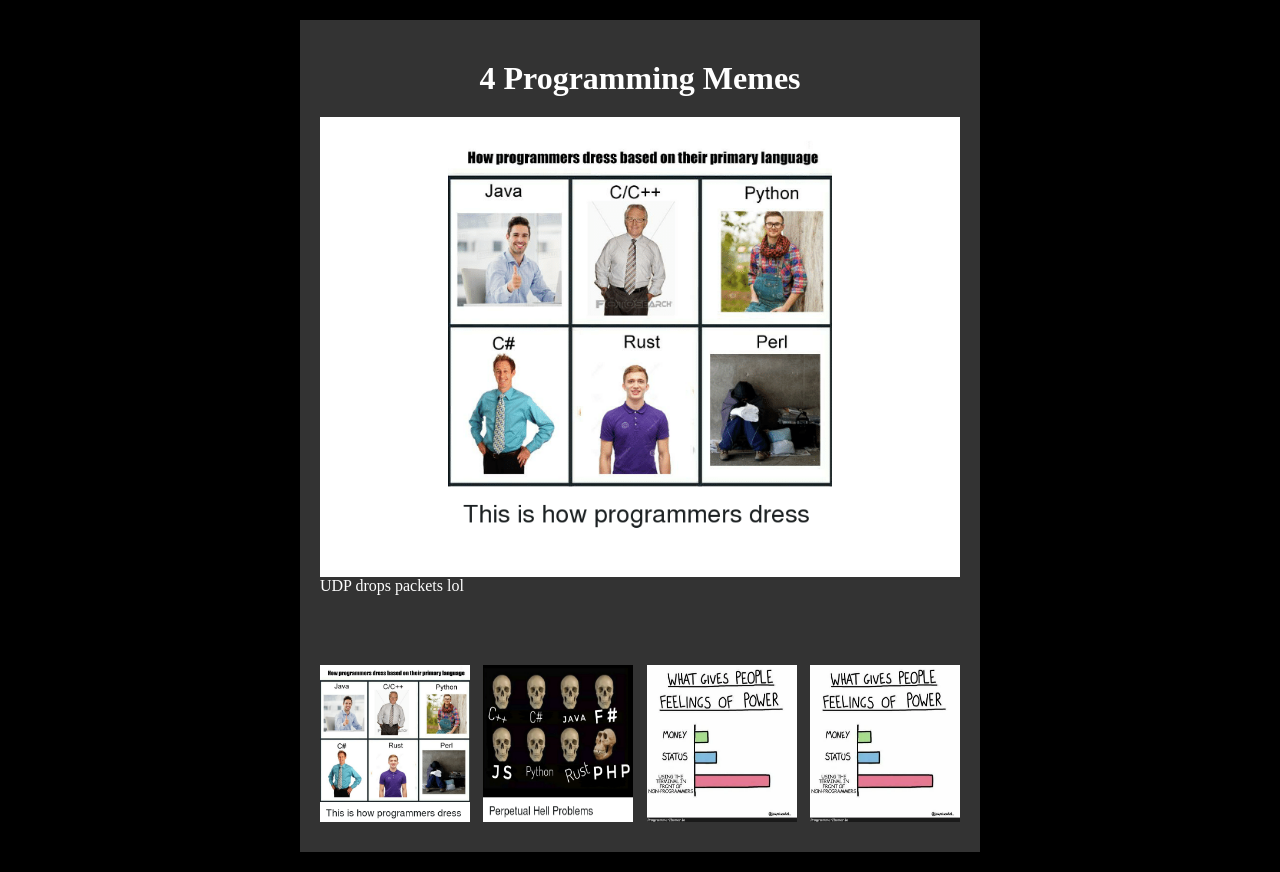
Repository: apopheny/JS230
Page: slideshow/index.html
The author's editor kept a copy of each file at every save. The page is drawn from the files as they stood at one save, then again after the next save.
The browser window is 1280 px wide. The pictures show the whole page.

Above is the page before, as saved 2024-02-05 14:10:05.
Console error: ReferenceError: func is not defined

### slideshow/index.html
<!DOCTYPE html>
<html lang="en">
  <head>
    <meta charset="UTF-8" />
    <meta name="viewport" content="width=device-width, initial-scale=1.0" />
    <title>Meme Slideshow</title>
    <link rel="stylesheet" href="stylesheets/slideshow.css" />
  </head>
  <body>
    <div id="slideshowContainer"></div>

    <script type="text/x-handlebars-template" id="galleryTemplate">
      <div class="slideshow">
        <h1>4 Programming Memes</h1>
        <div>
          {{> loadedPicturePartial this.[0]}}
        </div>
        <div class="gallery">
          {{> imageGalleryPartial this}}
        </div>
      </div>
    </script>

    <script type="text/x-handlebars-template" id="loadedPicturePartial">
      <div class="loadedPicture">
        <img
          src="assets/pic_{{this.id}}.png"
          alt="{{this.alt}}"
          class="loadedPicture"
        />
      </div>
      <span id="captionText">{{this.alt}}</span>
    </script>

    <script type="text/x-handlebars-template" id="imageGalleryPartial">
      <div class="image-gallery">
        {{#each this}}
          <img src="assets/pic_{{this.id}}.png" class="image-thumbnail" />
        {{/each}}
      </div>
    </script>

    <script src="https://cdn.jsdelivr.net/npm/handlebars@latest/dist/handlebars.js"></script>
    <script src="javascripts/slideshow.js"></script>
  </body>
</html>

### slideshow/stylesheets/slideshow.css
body {
  background-color: #000;
  display: flex;
  justify-content: center;
  align-items: center;
  min-height: 100vh;
  margin: 0;
  padding: 20px; /* Add some padding around the main container */
}

#slideshowContainer {
  display: flex;
  flex-direction: column;
  align-items: center;
  width: 90%; /* Make it responsive to the viewport width */
  max-width: 50vw; /* Set a max-width to prevent it from becoming too large */
  min-height: 100vh; /* Minimum height to take up more viewport space */
  background-color: #333;
  padding: 20px;
  box-shadow: 0 0 10px rgba(0, 0, 0, 0.5);
}

.slideshow h1 {
  text-align: center; /* Center the text horizontally */
  font-size: 2em; /* Increase the font size */
  color: #fff; /* Change the color to white or any color you prefer */
  margin: 0 auto; /* Center the heading and remove default margin */
  padding: 20px 0; /* Add some padding above and below the heading */
}

div.loadedPicture {
  width: 100%; /* Ensure it takes the full width of its container */
  background-color: #fff; /* White background for the image */
  display: flex; /* Use flex to center the image */
  justify-content: center; /* Center the image horizontally */
  padding: 20px; /* Add some padding around the image */
  box-sizing: border-box; /* Include padding in width calculation */
}

.loadedPicture img {
  max-width: 100%; /* Ensure image does not overflow its container */
  max-height: 400px; /* Adjust based on your preference */
  margin-bottom: 20px; /* Space between image and caption */
}

#captionText {
  color: #fff;
  padding-top: 20px; /* Space between caption and gallery */
  margin-bottom: 20px; /* Space between caption and gallery */
}

.image-gallery {
  padding-top: 70px;
  display: flex;
  flex-wrap: wrap;
  justify-content: space-between;
  width: 100%;
}

.image-thumbnail {
  width: calc(25% - 10px); /* Four images per row, adjust margin */
  margin-bottom: 10px; /* Space between rows of images */
}

### slideshow/javascripts/slideshow.js
(function () {
  const memes = [
    {
      id: 1,
      alt: "UDP drops packets lol",
    },
    {
      id: 2,
      alt: "But why no JavaScript devs?",
    },
    {
      id: 3,
      alt: "I have never used PHP but still have an opinion somehow",
    },
    {
      id: 4,
      alt: "I am 1337 h4x0r and one day I'll learn grep and cURL",
    },
  ];

  Handlebars.registerPartial(
    "loadedPicturePartial",
    document.getElementById("loadedPicturePartial").innerHTML
  );
  Handlebars.registerPartial(
    "imageGalleryPartial",
    document.getElementById("imageGalleryPartial").innerHTML
  );
  let galleryTemplate = Handlebars.compile(
    document.getElementById("galleryTemplate").innerHTML
  );

  document.getElementById("slideshowContainer").innerHTML =
    galleryTemplate(memes);

  document.addEventListener("DOMContentLoaded", func);
})();

After the next save:
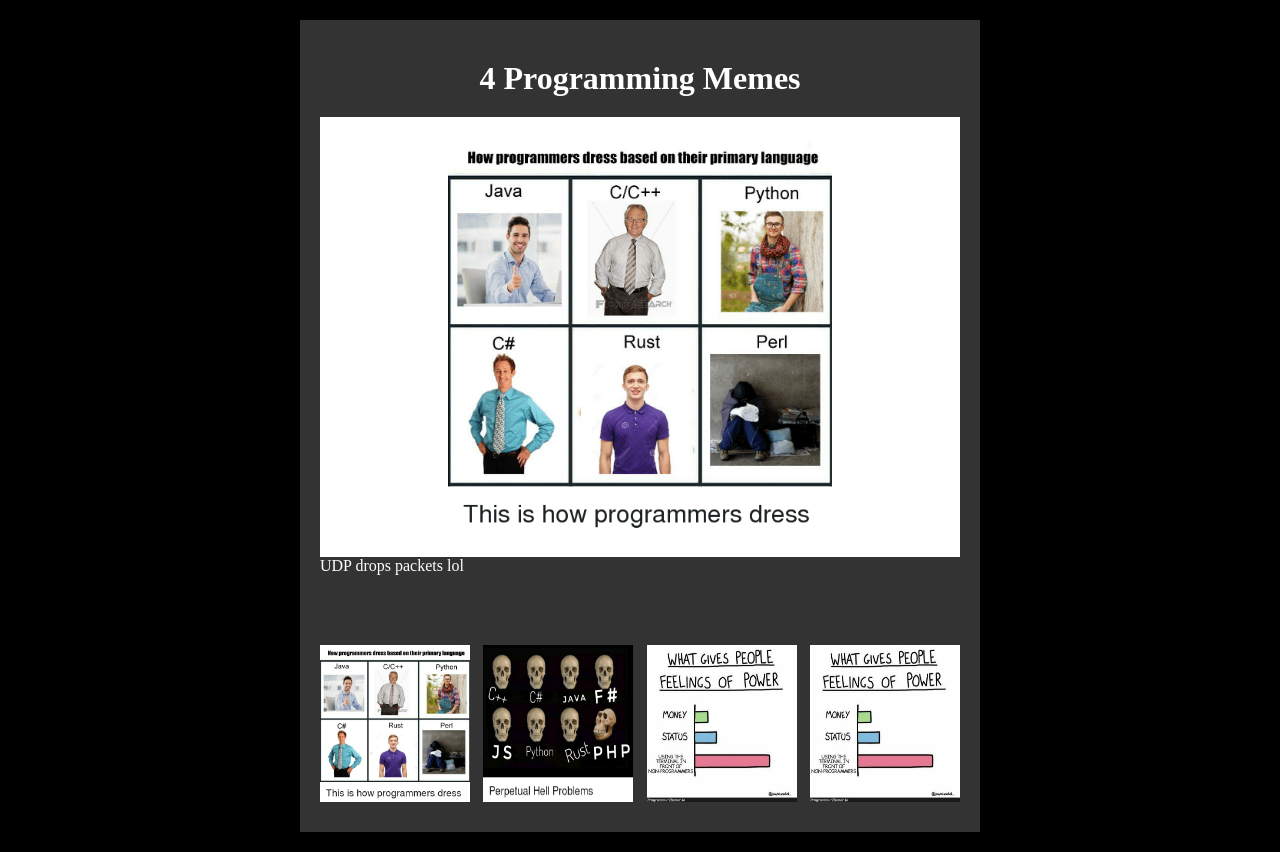
Saved 8 s later.
--- a/slideshow/stylesheets/slideshow.css
+++ b/slideshow/stylesheets/slideshow.css
@@ -40,7 +40,7 @@
 .loadedPicture img {
   max-width: 100%; /* Ensure image does not overflow its container */
   max-height: 400px; /* Adjust based on your preference */
-  margin-bottom: 20px; /* Space between image and caption */
+  margin-bottom: 0px; /* Space between image and caption */
 }
 
 #captionText {
